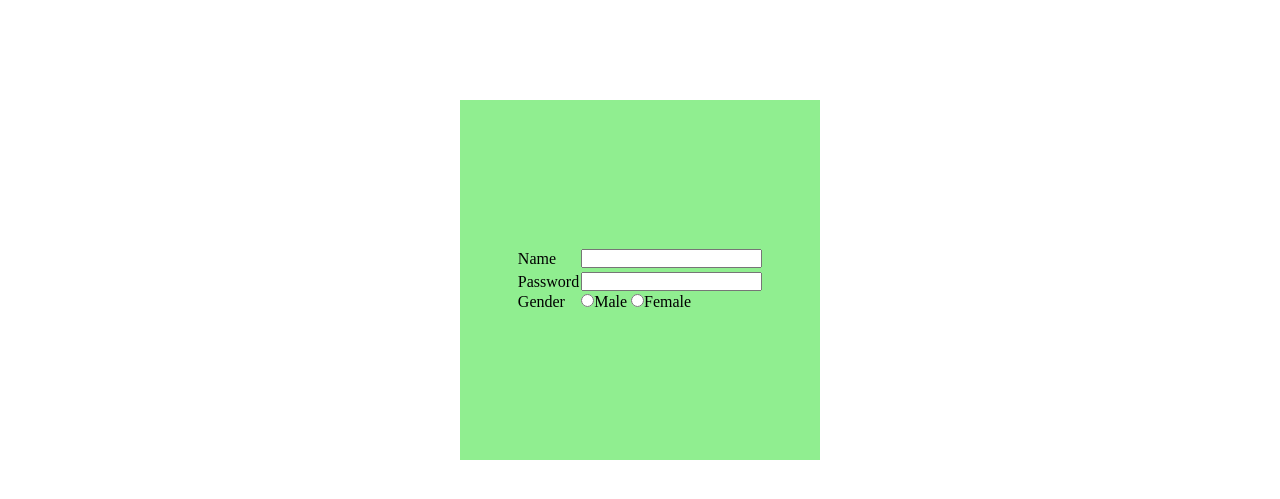
Repository: yash1sh/Java
Page: http://localhost/Servlet_Demo/
These files come from the project's save history. The page is drawn as it stood at one moment and after the next save; the edit follows.
The browser window is 1280 px wide. The pictures show the whole page.
The page is served by Tomcat 9. Other server files are loaded and not shown.

Above is the page before, as saved 2022-05-14 10:33:09.

### Bootcmp/Servlet_Demo/src/main/webapp/index.html
<!DOCTYPE html>
<html>
<head>
<meta charset="ISO-8859-1">
<title>Insert title here</title>
<link rel="stylesheet" type="text/css" href="./indexcss.css">
</head>
<body>

	<section class="form" >
		<article>
			<form action="hi">
				<table>

					<tr> <td> <label>Name</label> </td>
						<td><input type="text" id="Name"></td>
					<tr>

					<tr>
						<td><label>Password</label></td>
						<td><input type="password" id="password"></td>
					</tr>

					<tr>
						<td> <label>Gender</label></td>
						<td> <input type="radio" name="gender"id="gender">Male
						<input type="radio" name="gender">Female</td>
					</tr>
				</table>
			</form>
		</article>
	</section>

</body>
</html>

### Bootcmp/Servlet_Demo/src/main/webapp/indexcss.css

*{
margin:0;
padding:0;
box-sizing: border-box;
}
.form{
	display:flex;
	justify-content:center;
	align-items:center;
	background-color: lightgreen;
	width:50vh;
	height:50vh;
	color:black;
	margin-top: 100px;
}
body{
	display:flex;
	justify-content:center;
	align-items: center;
}

After the next save:
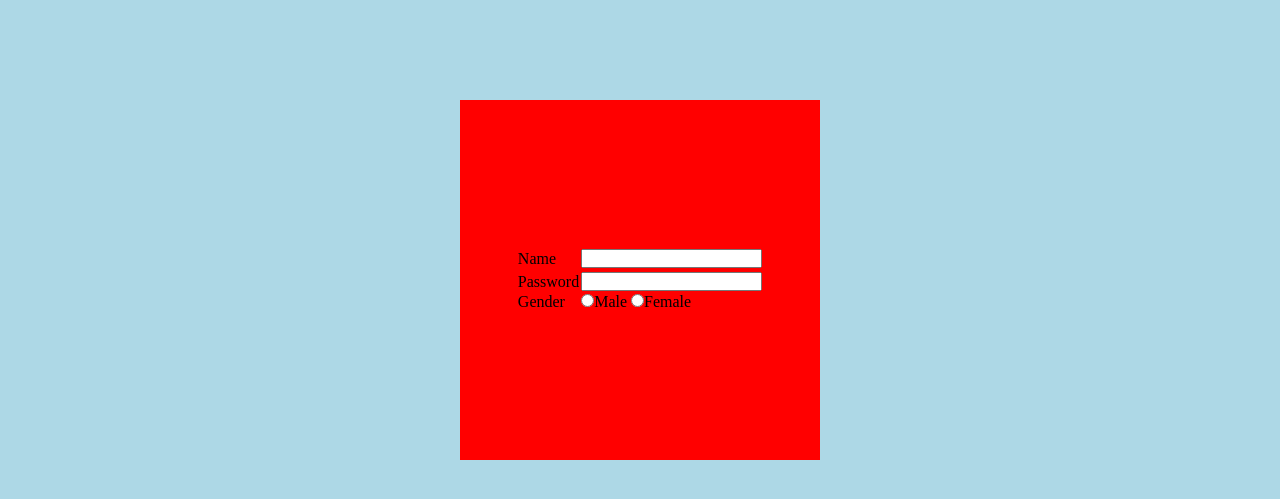
Saved 4 min 33 s later.
--- a/Bootcmp/Servlet_Demo/src/main/webapp/indexcss.css
+++ b/Bootcmp/Servlet_Demo/src/main/webapp/indexcss.css
@@ -8,7 +8,7 @@ box-sizing: border-box;
 	display:flex;
 	justify-content:center;
 	align-items:center;
-	background-color: lightgreen;
+	background-color: red;
 	width:50vh;
 	height:50vh;
 	color:black;
@@ -18,4 +18,5 @@ body{
 	display:flex;
 	justify-content:center;
 	align-items: center;
+	background-color: lightblue;
 }
